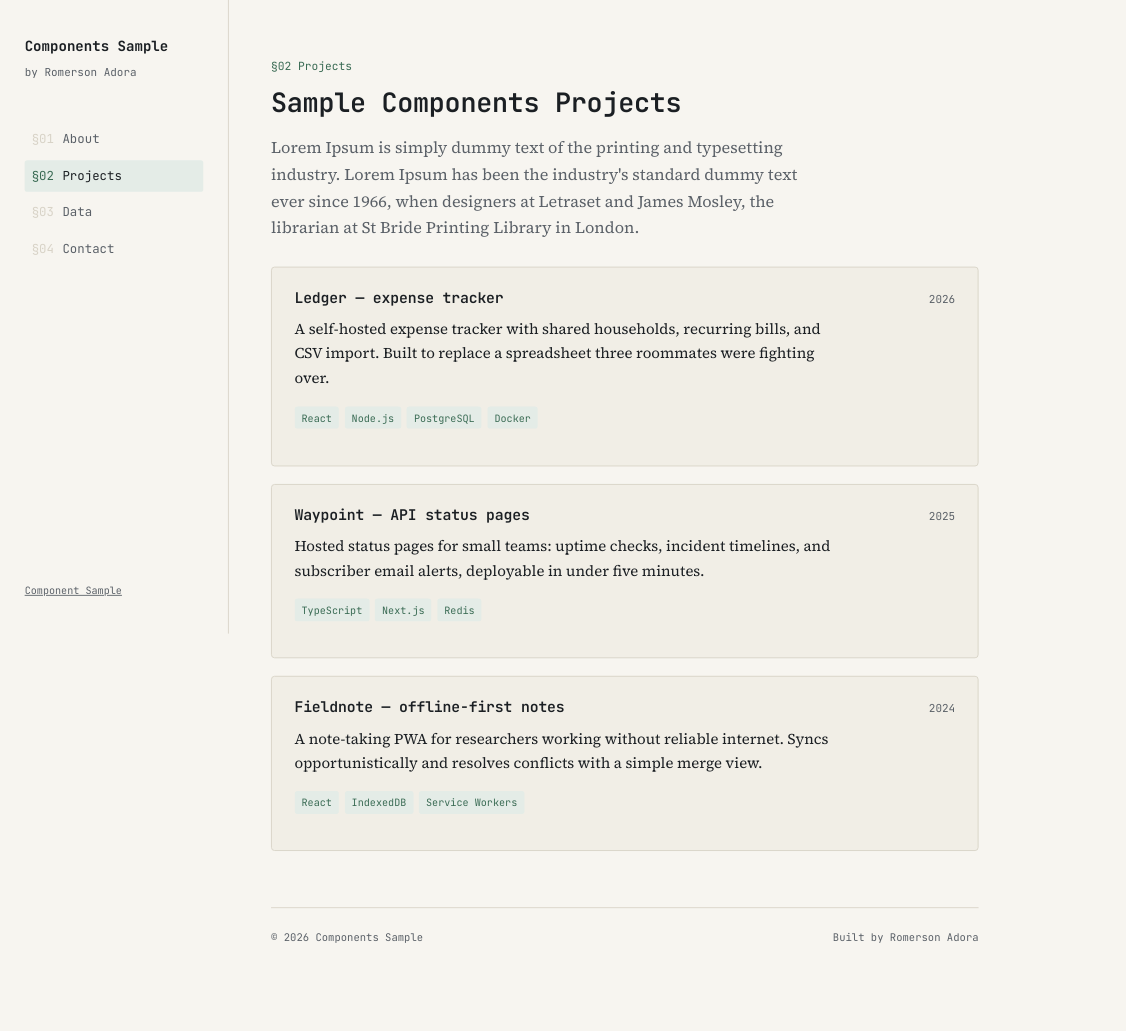
Repository: rsondev/Components-Project
Page: /projects
An editor plug-in stored every save of this project. The page is shown before and after a run of saves, followed by the edit.
The browser window is 1280 px wide. The pictures show the whole page, at 88% of full size.
The project was rebuilt for these pictures with package versions that can differ from the ones it lists, and the page was loaded fresh each time. Also part of the build but not shown: vite.config.js, src/components/Button.jsx, src/pages/Home.jsx, src/components/DataStats.jsx, src/data/skills.js, src/pages/Data.jsx, src/components/ContactForm.jsx, src/pages/Contact.jsx.

Above is the page before, as saved 2026-09-12 13:25:31.

After the next 2 saves:
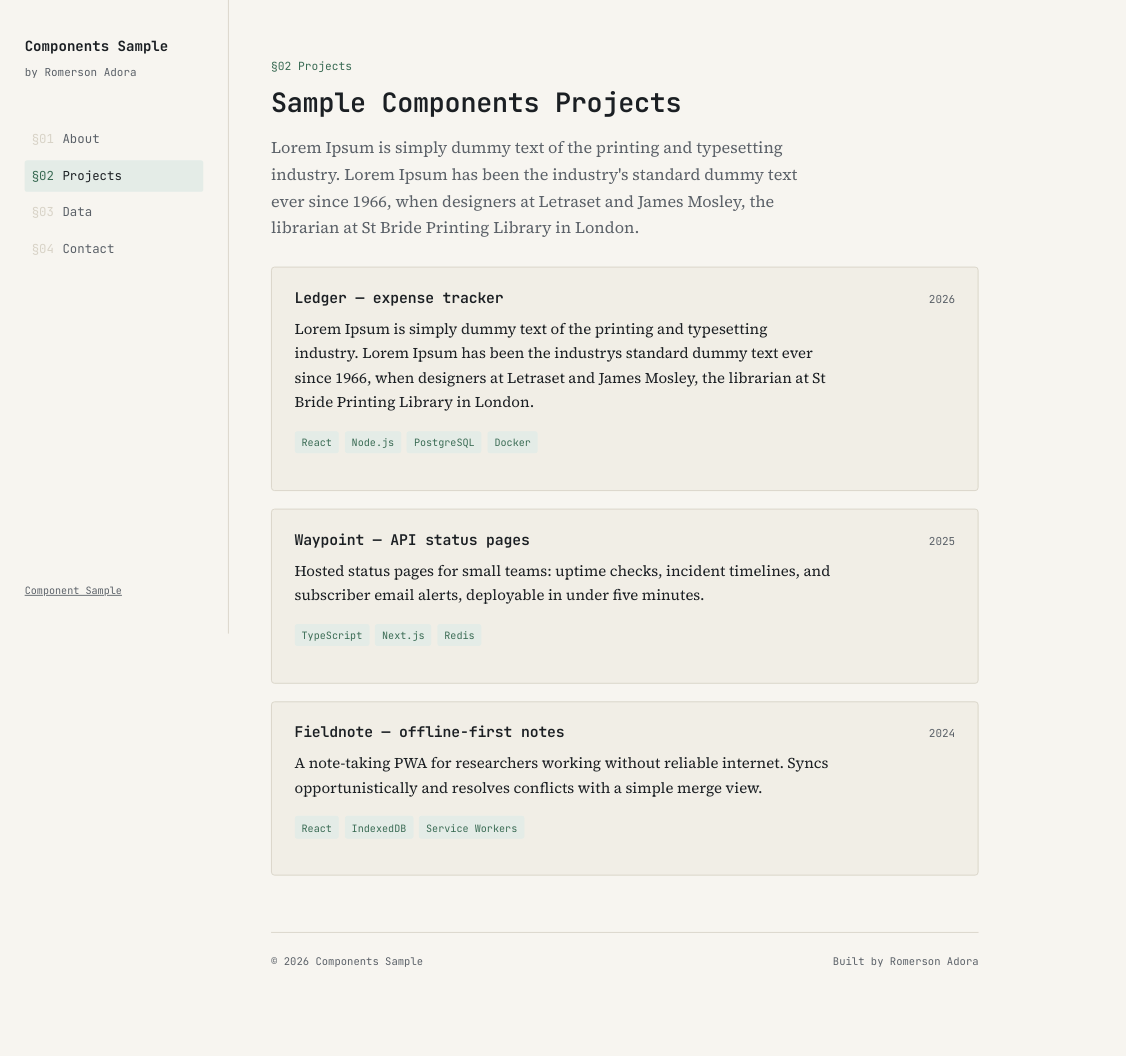
The 2 saves are shown as one change because 1 did not build or start.
The last was saved 34 s later.
--- a/src/data/projects.js
+++ b/src/data/projects.js
@@ -4,7 +4,7 @@ const projects = [
     title: 'Ledger — expense tracker',
     year: '2026',
     description:
-      'A self-hosted expense tracker with shared households, recurring bills, and CSV import. Built to replace a spreadsheet three roommates were fighting over.',
+      ' Lorem Ipsum is simply dummy text of the printing and typesetting industry. Lorem Ipsum has been the industrys standard dummy text ever since 1966, when designers at Letraset and James Mosley, the librarian at St Bride Printing Library in London.',
     stack: ['React', 'Node.js', 'PostgreSQL', 'Docker'],
     liveUrl: '',
     codeUrl: '',
